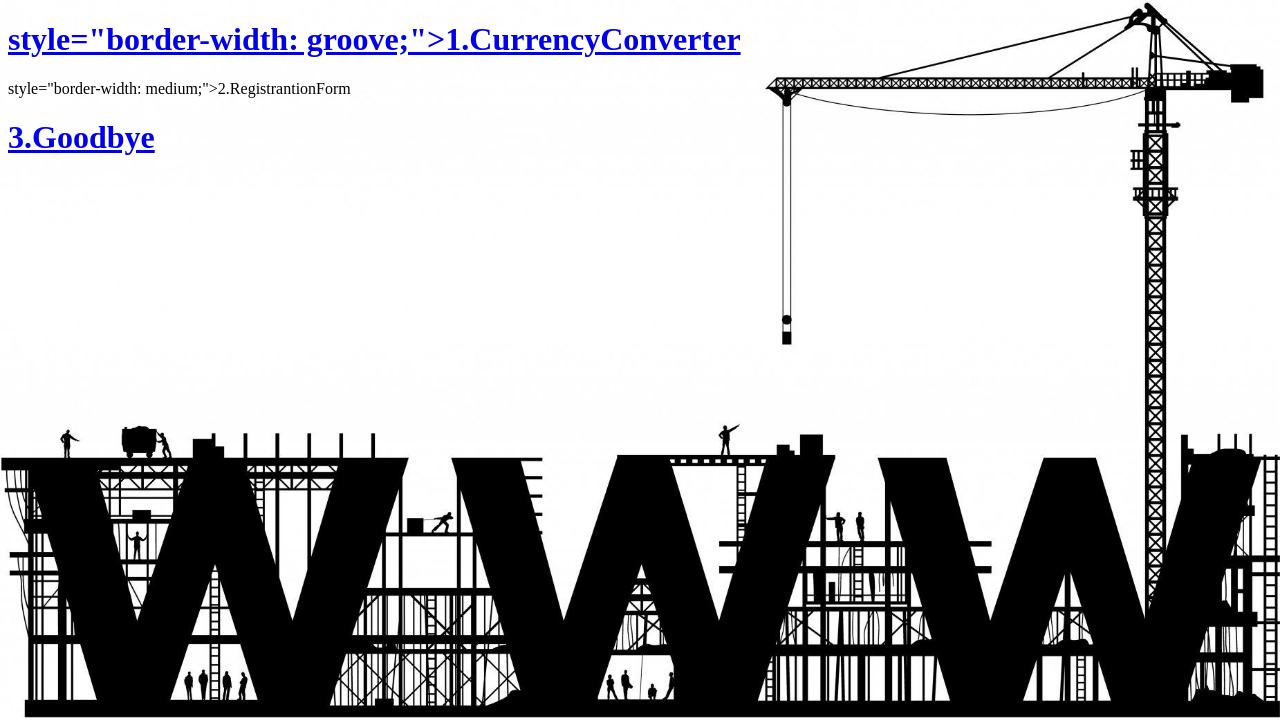
Repository: AJEET006/AdvanceJava-DSA
Page: ADVANCE_JAVA/HW_Example/WebContent/Firstpage.html
The author's editor kept a copy of each file at every save. The page is drawn from the files as they stood at one save, then again after the next save.
The browser window is 1280 px wide. The page is 1288 px wide, so the pictures cover 1288 px, including what lies to the right of the window. The pictures show the whole page.

Above is the page before, as saved 2022-06-22 01:36:58.

### ADVANCE_JAVA/HW_Example/WebContent/Firstpage.html
<!DOCTYPE html>
<html>
<head>
<style>
	body{background-image:url("./home6.jpg"); height: 50%;width:100%;background-repeat: no-repeat;
	background-size: cover;}
</style>
<meta charset="ISO-8859-1">
<title>Insert title here</title>
</head>
<body>
	<h1><a href="CurrencyConverter.html"> style="border-width: groove;">1.CurrencyConverter</a></h1>
	<h1<a href="RegistrationForm.html"> style="border-width: medium;">2.RegistrantionForm</a></h1>
	<a href="GoodBye.html"><h1 style="border-width: medium;">3.Goodbye</h1></a>
</body>
</html>

After the next save:
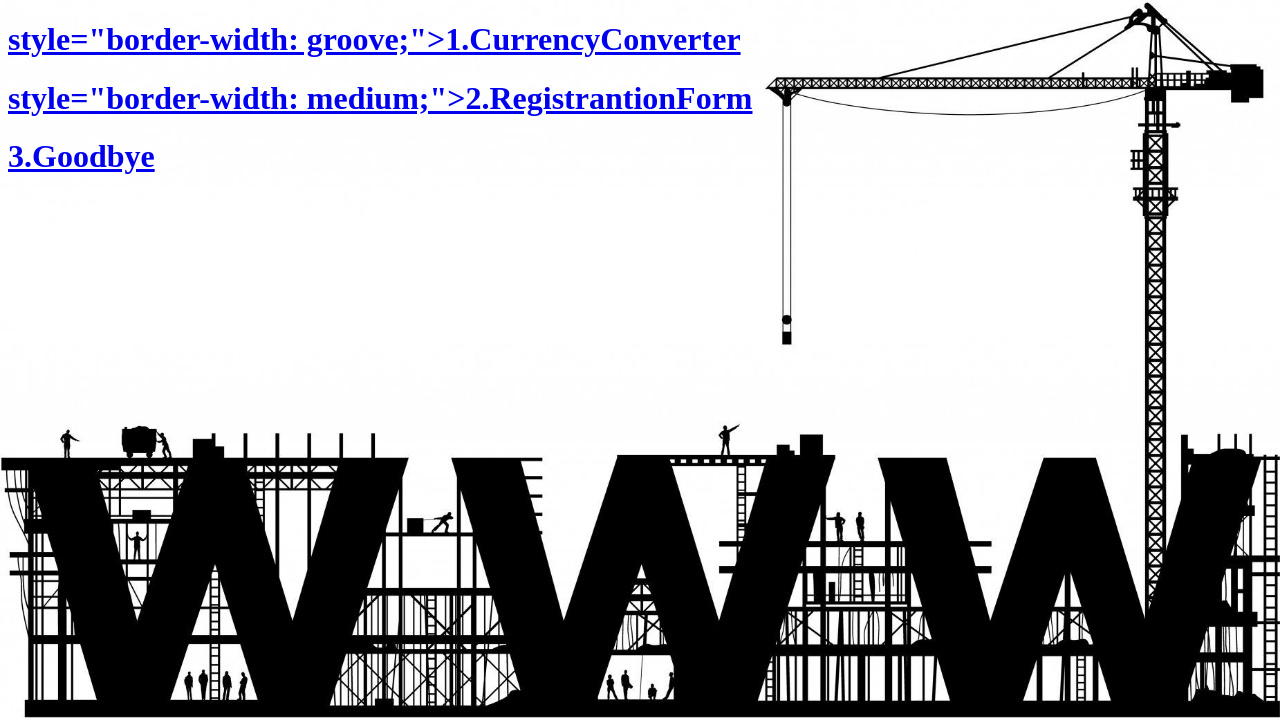
Saved 30 s later.
--- a/ADVANCE_JAVA/HW_Example/WebContent/Firstpage.html
+++ b/ADVANCE_JAVA/HW_Example/WebContent/Firstpage.html
@@ -10,7 +10,7 @@
 </head>
 <body>
 	<h1><a href="CurrencyConverter.html"> style="border-width: groove;">1.CurrencyConverter</a></h1>
-	<h1<a href="RegistrationForm.html"> style="border-width: medium;">2.RegistrantionForm</a></h1>
+	<h1><a href="RegistrationForm.html"> style="border-width: medium;">2.RegistrantionForm</a></h1>
 	<a href="GoodBye.html"><h1 style="border-width: medium;">3.Goodbye</h1></a>
 </body>
 </html>
